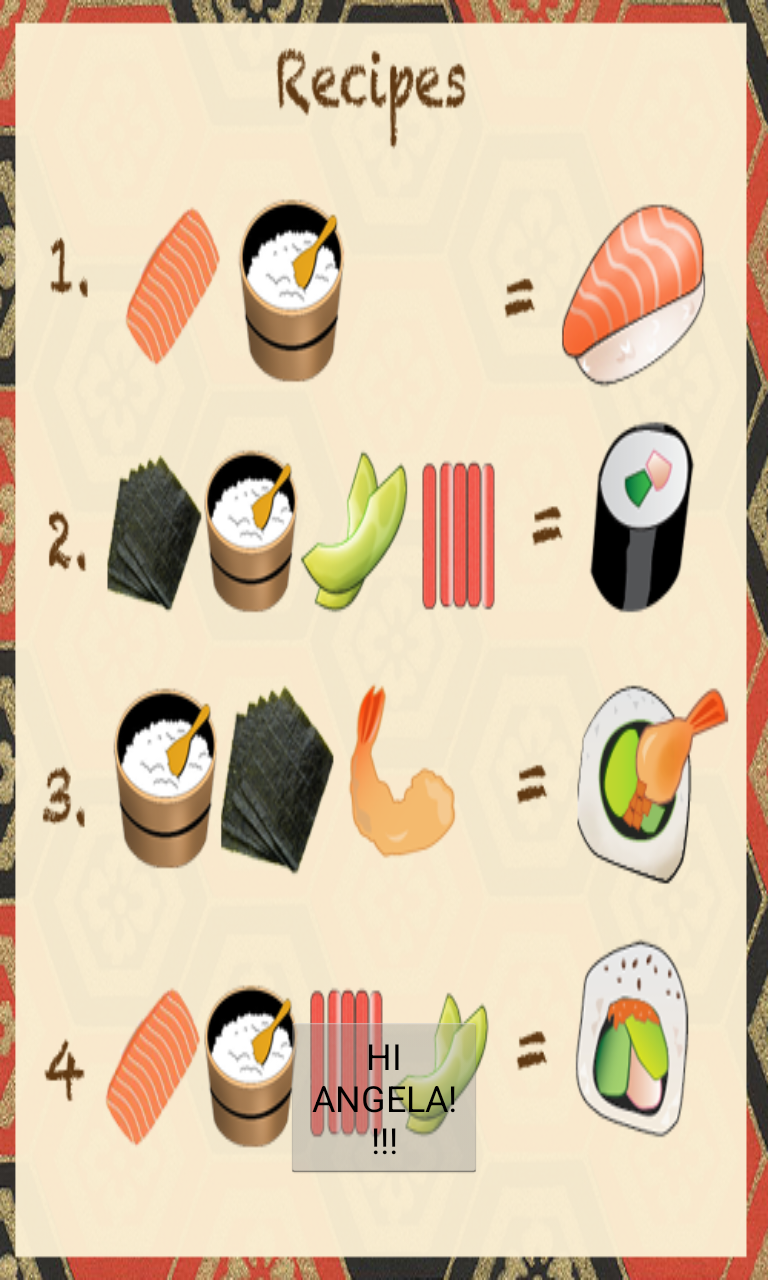
Repository: Kreispy/Sushi-Samurai
Layout: SushiNinja/res/layout/ingredientlists.xml
The author's editor kept a copy of each file at every save. The layout is drawn from the files as they stood at one save, then again after the next save.
It is drawn on a 768 x 1280 px phone screen (xhdpi) without system bars, with theme AppTheme; the app's code is not run.

Above is the layout before, as saved 2013-04-27 11:07:12.

After the next save:
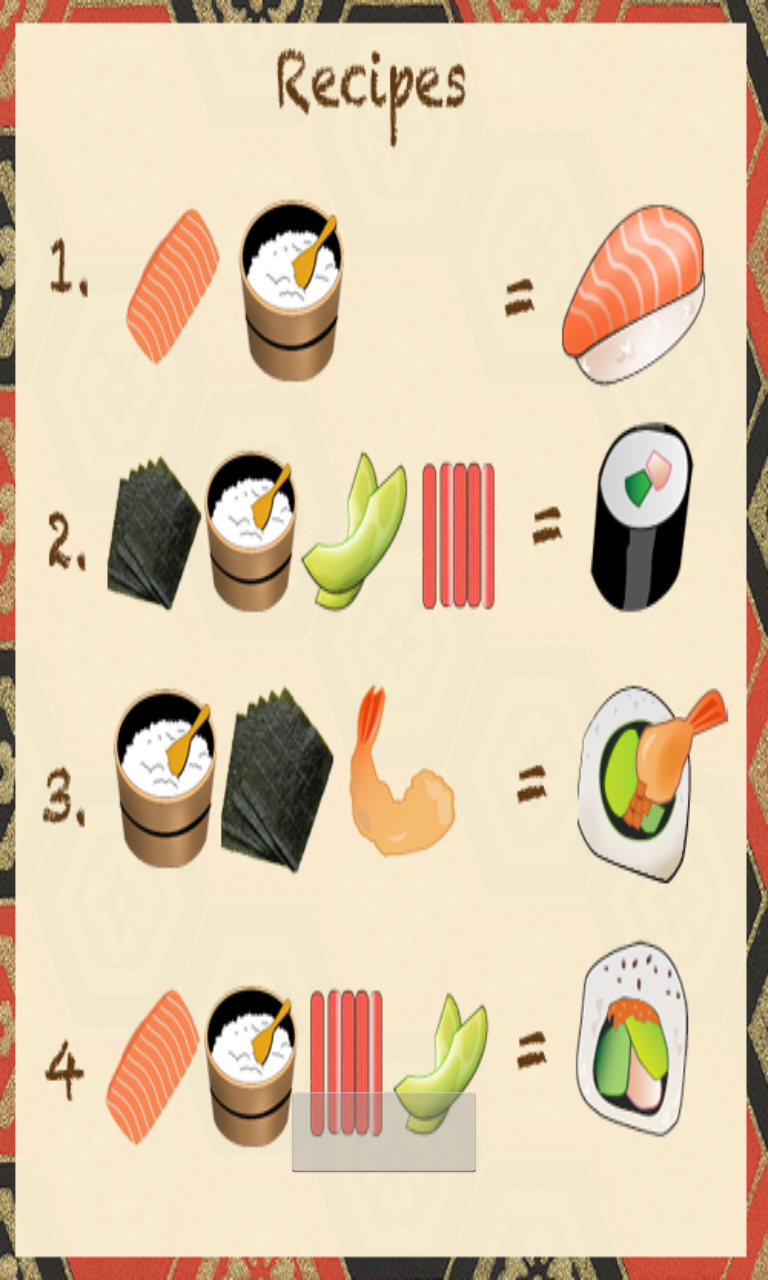
Saved 10 s later.
--- a/SushiNinja/res/layout/ingredientlists.xml
+++ b/SushiNinja/res/layout/ingredientlists.xml
@@ -11,6 +11,6 @@
          android:layout_centerHorizontal="true"
      	 android:layout_alignParentBottom="true"
      	 android:layout_marginBottom="50dp"
-         android:text = "HI ANGELA!!!!" />
+          />
 
 </RelativeLayout>
